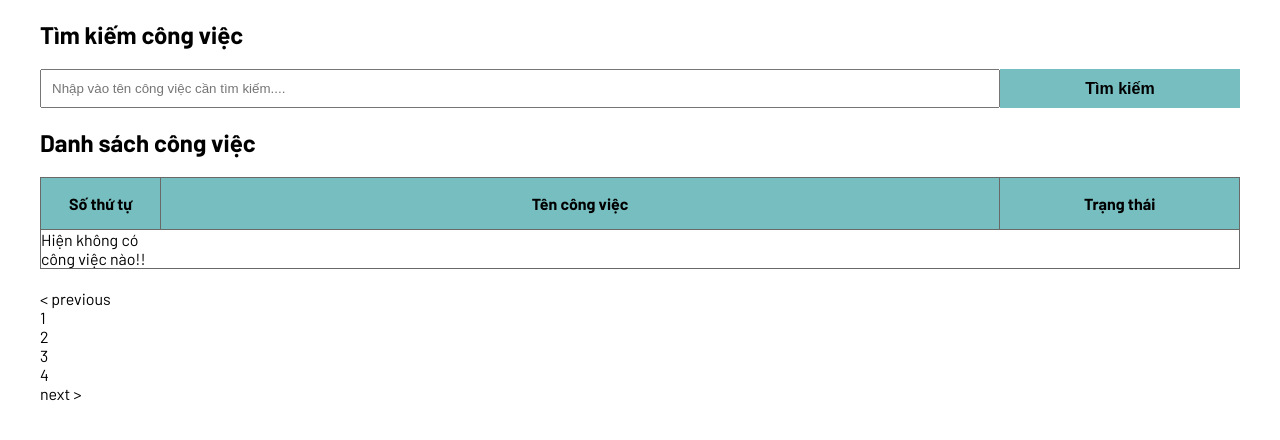
Repository: OkazakiTruong/searchReact
Page: /
An editor plug-in stored every save of this project. The page is shown before and after the next save, followed by the edit.
The browser window is 1280 px wide. The pictures show the whole page.
The page's requests for data from a server got no answer. The project was rebuilt for these pictures with package versions that can differ from the ones it lists, and the page was loaded fresh each time. No one was signed in, and anything a server would have sent is missing. Also part of the build but not shown: vite.config.js.

Above is the page before, as saved 2024-01-11 18:52:37.

### src/App.jsx
import React from "react";
import { SearchAppContainer } from "./SearchApp/SearchAppContainer";
import { Pagination } from "./SearchApp/Pagination/Pagination";

export const App = () => {
  return (
    <div className="app">
      <SearchAppContainer />
      <Pagination />
    </div>
  );
};

### src/index.css
@import url("https://fonts.googleapis.com");
@import url("https://fonts.gstatic.com");
@import url("https://fonts.googleapis.com/css2?family=Barlow:ital,wght@0,100;0,200;0,300;0,400;0,500;0,600;0,700;0,800;0,900;1,100;1,200;1,300;1,400;1,500;1,600;1,700;1,800;1,900&display=swap");

* {
  padding: 0;
  margin: 0;
  box-sizing: border-box;
}

body {
  font-family: "Barlow", sans-serif;
}
ul,
li {
  list-style: none;
}

.app {
  max-width: 1250px;
  padding: 0 25px;
  margin: 0 auto;
}

### src/SearchApp/SearchAppContainer.jsx
import React, { useCallback, useEffect, useState } from "react";
import { ListTodo } from "./Todo/ListTodo";
import { Search } from "./Search/Search";

export const SearchAppContainer = () => {
  const [todos, setTodos] = useState(null);
  useEffect(() => {
    //fetch api
    fetch("https://jsonplaceholder.typicode.com/todos?_page=1", {
      method: "GET",
      headers: {
        "Content-type": "application/json",
      },
    })
      .then((response) => {
        console.log(response);
        return response.json();
      })
      .then((data) => {
        console.log(data);
        setTodos(data);
      });
  }, []);
  return (
    <div>
      <Search />
      <ListTodo todos={todos} />
    </div>
  );
};

### src/SearchApp/Pagination/Pagination.jsx
import React from "react";
import ReactPaginate from "react-paginate";
import "./pagination.css";

export const Pagination = () => {
  const handlePageClick = () => {};

  return (
    <div className="pagination-container">
      <ReactPaginate
        nextLabel="next >"
        onPageChange={handlePageClick}
        pageRangeDisplayed={3}
        marginPagesDisplayed={2}
        pageCount={4}
        previousLabel="< previous"
        pageClassName="page-item"
        pageLinkClassName="page-link"
        previousClassName="page-item"
        previousLinkClassName="page-link"
        nextClassName="page-item"
        nextLinkClassName="page-link"
        breakLabel="..."
        breakClassName="page-item"
        breakLinkClassName="page-link"
        containerClassName="pagination"
        activeClassName="active"
        renderOnZeroPageCount={null}
      />
    </div>
  );
};

### src/SearchApp/Todo/ListTodo.jsx
import React from "react";
import "./listTodo.css";

export const ListTodo = ({ todos }) => {
  return (
    <>
      <h2>Danh sách công việc</h2>
      <table>
        <tbody>
          <tr>
            <th className="numerical-order">Số thứ tự</th>
            <th className="todo-name">Tên công việc</th>
            <th className="status">Trạng thái</th>
          </tr>
          {!todos
            ? "Hiện không có công việc nào!!"
            : todos.map((todo, index) => (
                <tr key={todo.id}>
                  <td>{++index}</td>
                  <td>{todo.title}</td>
                  <td>
                    {todo.completed ? "Đã hoàn thành" : "Chưa hoàn thành"}
                  </td>
                </tr>
              ))}
        </tbody>
      </table>
    </>
  );
};

### src/SearchApp/Search/Search.jsx
import React from "react";
import "./Search.css";

export const Search = () => {
  return (
    <div className="search-container">
      <h2>Tìm kiếm công việc</h2>
      <form action="#">
        <div className="search-bar">
          <input
            type="text"
            placeholder="Nhập vào tên công việc cần tìm kiếm...."
          />
          <button>Tìm kiếm</button>
        </div>
      </form>
    </div>
  );
};

### src/SearchApp/Pagination/pagination.css
.pagination-container {
  margin: 20px 0 !important;
}

### src/SearchApp/Todo/listTodo.css
table {
  width: 100%;
}
table,
th,
td {
  border: 1px solid #696969;
  border-collapse: collapse;
}
th,
td {
  padding: 16px;
}
th {
  background-color: #77bec0;
}
th.todo-name {
  width: 70%;
}
th.numeric-order {
  width: 10%;
}
th.status {
  width: 20%;
}

h2 {
  margin-bottom: 20px;
}

### src/SearchApp/Search/Search.css
.search-container {
  margin: 20px 0;
}
.search-bar {
  display: flex;
  width: 100%;
}
input {
  width: 80%;
  padding: 10px;
}
button {
  width: 20%;
  cursor: pointer;
  background-color: #77bec0;
  border: #77bec0;
  font-weight: 600;
  font-size: 16px;
}

Loaded but not shown: index.html (common file); src/main.jsx (common file)

After the next save:
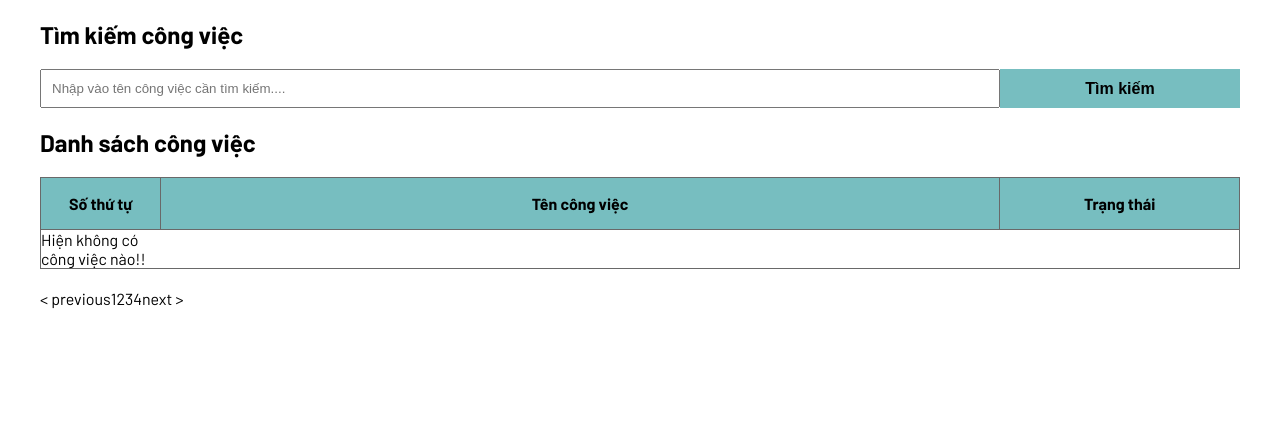
Saved 27 s later.
--- a/src/SearchApp/Pagination/pagination.css
+++ b/src/SearchApp/Pagination/pagination.css
@@ -1,3 +1,6 @@
 .pagination-container {
   margin: 20px 0 !important;
 }
+.pagination {
+  display: flex;
+}
